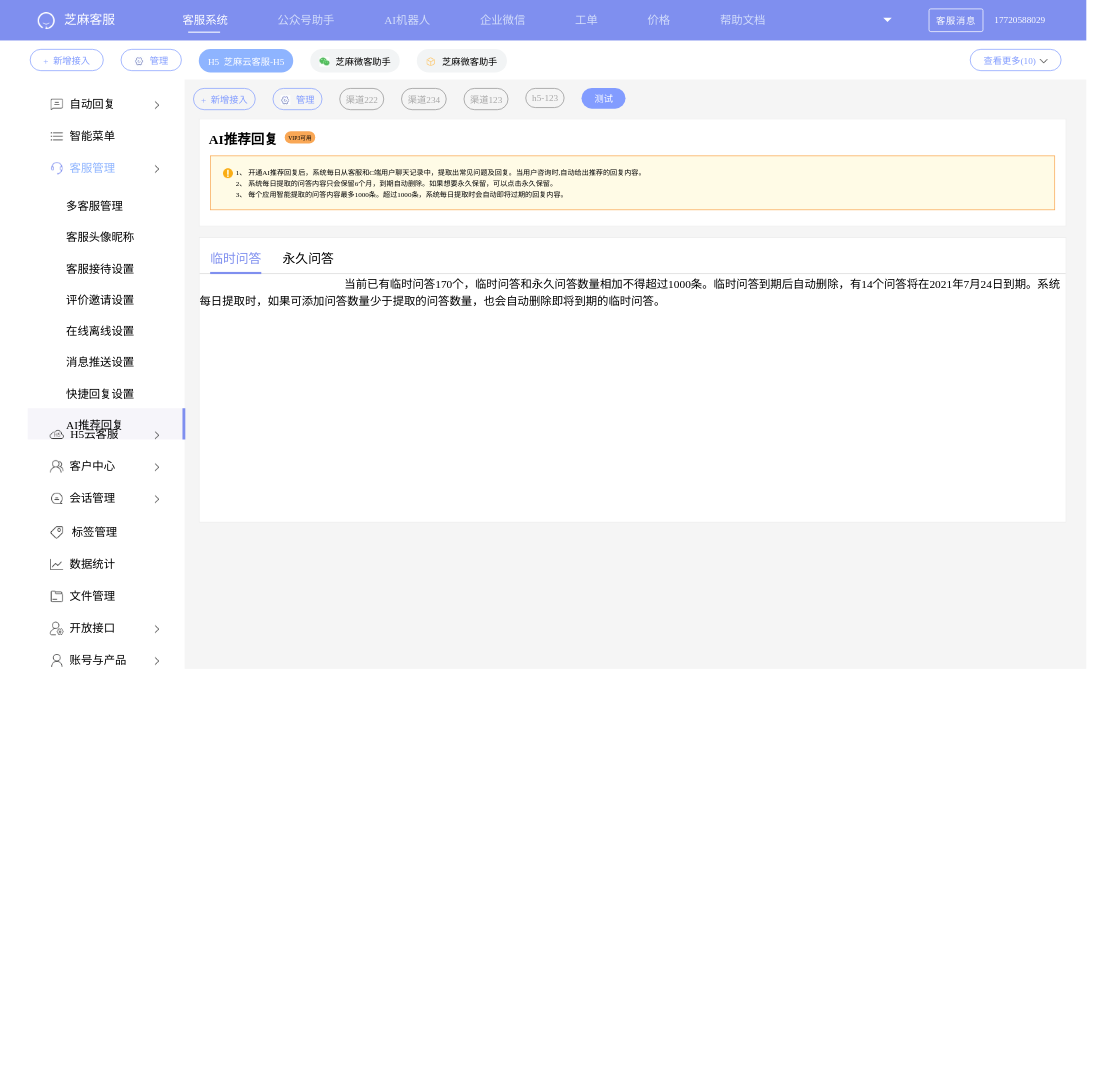
Repository: Privatexiao/projects
Page: Customer service assistant/Untitled-1.html
The author's editor kept a copy of each file at every save. The page is drawn from the files as they stood at one save, then again after the next save.
The browser window is 1280 px wide. The page is 1560 px wide, so the pictures cover 1560 px, including what lies to the right of the window. The pictures show the whole page, at 71% of full size.

Above is the page before, as saved 2021-07-27 17:01:22.

### Customer service assistant/Untitled-1.html
<!DOCTYPE html>
<html lang="en">
    <head>
        <meta charset="UTF-8">
        <meta name="viewport" content="width=device-width, initial-scale=1.0, maximum-scale=1.0, user-scalable=0">
        <meta http-equiv="X-UA-Compatible" content="ie=edge">
        <title>Document</title>
        <link rel="stylesheet" type="text/css" href="Untitled-2.css" />
    </head>

    <body>
        <div class="body">
            <div class="head">
                <div class="head_left">
                    <img src="img/客服系统.png">
                    <span><a href="javaScript:">芝麻客服</a></span>
                </div>
                <div class="head_center">
                    <ul>
                        <li class="active"><a href="javaScript:">客服系统</a><img src="img/下划线.png"></li>
                        <li><a href="javaScript:">公众号助手</a></li>
                        <li><a href="javaScript:">AI机器人</a></li>
                        <li><a href="javaScript:">企业微信</a></li>
                        <li><a href="javaScript:">工单</a></li>
                        <li><a href="javaScript:">价格</a></li>
                        <li><a href="javaScript:">帮助文档</a></li>
                    </ul>
                </div>
                <div class="head_right">
                    <span>17720588029<div class="head_right_sjx"></div></span>
                    <span><a href="javaScript:">客服消息</a></span>
                </div>
            </div>
            <div class="navbar">
                <ul>
                    <li class="navbar_img1"><a href="javaStript:">+&nbsp;&nbsp;新增接入</a></li>
                    <li class="navbar_img1"><a href="javaStript:"><img src="img/设置.PNG">管理</a></li>
                    <li class="navbar_img2"><a href="javaStript:">H5&nbsp;&nbsp;芝麻云客服-H5</a></li>
                    <li class="navbar_img3"><a href="javaStript:"><img src="img/微信.PNG">芝麻微客助手</a></li>
                    <li class="navbar_img3"><a href="javaStript:"><img src="img/plugin_app_icon.png">芝麻微客助手</a></li>
                    <li class="navbar_right"><a href="javaStript:">查看更多(10)<img src="img/侧边栏图标/Pull down.png"></a></li>
                </ul>
            </div>
            <div class="left_body">
                <ul>
                    <li><img class="left_body_imgleft" src="img/侧边栏图标/icon-1.png">自动回复<img class="left_body_imgright" src="img/侧边栏图标/Put It away.png"></li>
                    <li><img class="left_body_imgleft" src="img/侧边栏图标/icon-2.png">智能菜单</li>
                    <li style="color: #8eb4ff;"><img class="left_body_imgleft" src="img/侧边栏图标/icon-3-active.png">客服管理<img class="left_body_imgright" src="img/侧边栏图标/Put It away.png"></li>
                    <div class="left_body_show">
                        <ul>
                            <li>多客服管理</li>
                            <li>客服头像昵称</li>
                            <li>客服接待设置</li>
                            <li>评价邀请设置</li>
                            <li>在线离线设置</li>
                            <li>消息推送设置</li>
                            <li>快捷回复设置</li>
                            <li style=" background-color: #f6f5fa;
                            border-right: 4px solid#7f8fef;">AI推荐回复</li>
                        </ul>
                    </div>
                    <li><img class="left_body_imgleft" src="img/侧边栏图标/icon-4.png">H5云客服<img class="left_body_imgright" src="img/侧边栏图标/Put It away.png"></li>
                    <li><img class="left_body_imgleft" src="img/侧边栏图标/icon-5.png">客户中心<img class="left_body_imgright" src="img/侧边栏图标/Put It away.png"></li>
                    <li><img class="left_body_imgleft" src="img/侧边栏图标/icon-12.png">会话管理<img class="left_body_imgright" src="img/侧边栏图标/Put It away.png"></li>
                    <li><img class="left_body_imgleft" src="img/侧边栏图标/icon-6.png">标签管理</li>
                    <li><img class="left_body_imgleft" src="img/侧边栏图标/icon-7.png">数据统计</li>
                    <li><img class="left_body_imgleft" src="img/侧边栏图标/icon-8.png">文件管理</li>
                    <li><img class="left_body_imgleft" src="img/侧边栏图标/icon-9.png">开放接口<img class="left_body_imgright" src="img/侧边栏图标/Put It away.png"></li>
                    <li><img class="left_body_imgleft" src="img/侧边栏图标/icon-10.png">账号与产品<img class="left_body_imgright" src="img/侧边栏图标/Put It away.png"></li>

                </ul>
            </div>
            <div class="right_body">
                <div class="right_body_ztl">
                    <ul>
                        <li class="right_body_ztlimg"><a href="javaStript:">+&nbsp;&nbsp;新增接入</a></li>
                        <li class="right_body_ztlimg"><a href="javaStript:"><img src="img/设置.PNG">管理</a></li>
                        <li class="right_body_ztlimg1"><a href="javaStript:">渠道222</a></li>
                        <li class="right_body_ztlimg1"><a href="javaStript:">渠道234</a></li>
                        <li class="right_body_ztlimg1"><a href="javaStript:">渠道123</a></li>
                        <li class="right_body_ztlimg1"><a href="javaStript:">h5-123</a></li>
                        <li class="right_body_ztlimg2"><a href="javaStript:">测试</a></li>
                    </ul>
                </div>
                <div class="right_body_AI">
                    <div class="right_body_AIbt">
                        <p>AI推荐回复</p><span>VIP3可用</span>
                    </div>
                    <div class="right_body_AInr">
                        <img src="img/提示感叹号.png">
                        <p>1、 开通AI推荐回复后，系统每日从客服和C端用户聊天记录中，提取出常见问题及回复。当用户咨询时,自动给出推荐的回复内容。</p>
                        <p>2、 系统每日提取的问答内容只会保留6个月，到期自动删除。如果想要永久保留，可以点击永久保留。</p>
                        <p>3、 每个应用智能提取的问答内容最多1000条。超过1000条，系统每日提取时会自动即将过期的回复内容。</p>
                    </div>
                </div>

                <div class="right_body_body">
                    <div class="temporary">
                        <p><a href="javaStript:">临时问答</a></p><span><a href="javaSctipt:">永久问答</a></span>
                    </div>
                    <div class="temporary_warning">
                        <p>当前已有临时问答<span>170</span>个，临时问答和永久问答数量相加不得超过1000条。临时问答到期后自动删除，有<em>14</em>个问答将在<em>2021年7月24日</em>到期。系统每日提取时，如果可添加问答数量少于提取的问答数量，也会自动删除即将到期的临时问答。
                        </p>
                    </div>
                    <!-- <div class="btn">
                        <input type="text" name="" placeholder="请输入问答内容进行搜索">
                        <input type="datetime" name="" placeholder="请选择到期时间筛选">
                        <button type="button" name="" value="新增">新增</button>
                        <button type="button" name="" value="批量删除">批量删除</button>
                        <button type="button" name="" value="批量设为永久">批量设为永久</button>
                    </div> -->
                </div>
            </div>

        </div>
    </body>

</html>

### Customer service assistant/Untitled-2.css
/* 全局配置 */
a{
    color: rgb(34, 34, 34);
    text-decoration: none;
}
ul,ol{
    list-style: none;
}
em{
    font-style: normal;
}
*{
    margin: 0;
    padding: 0;
}
.body{
    min-width: 1530px;
    width: 1530px;
    height: 1500px;
}

/* 状态栏 */
.body .head{
    width: 100%;
    height: 57px;
    background-color: #7f8fef;
}
/* 芝麻客服 */
.head .head_left a{
    margin-right: 60px;
    line-height: 57px;
    font-size: 18px;
    float: left;
    color: white;
}
/* 芝麻客服图片 */
.head .head_left img{
    position: relative;
    top: 14px;
    left: -10px;
    float: left;
    margin-left:60px;

}
/* 客服系统 */
.head .head_center .active a{
    color: white;
}
/* 客服系统下划线 */
.head .head_center .active img{
    position: absolute;
    width: 45px;
    top: 22px;
    left: 265px;
}
/* 客服系统状态栏 */
.head .head_center a{
    color: #d2dcfa;
    font-size: 16px;
    float: left;
    line-height: 57px;
    margin: 0 35px;
}
.head .head_right{
    margin-right: 50px;
}

/* 账号数字 */
.head .head_right span,a{
    font-size: 15px;
    float: right;
    font-size: 13px;
    line-height: 57px;
    color: white;
    margin-right: 8px;
}

/* 客服消息 */
.head .head_right span a{
    letter-spacing: 1px;
    line-height: normal;
    font-size: 13px;
    margin-top: 12px;
    padding: 6px 9px;
    border-radius: 3px;
    border: 1px solid white;
}
/* 账号右边三角形 */
.head .head_right span .head_right_sjx{
    position:absolute;
    top: 25px;
    right: 24px;
    border: 6px solid transparent;
    border-bottom: none;
    border-top-color: rgb(255, 255, 255);
}
.head a:hover{
    color: white;
}

/* 二级状态栏 */
.navbar{
    height: 55px;
    width: 100%;
    float: left;
    margin-left: 30px;
}

.navbar ul a{
    line-height: normal;
    color: black;
    float: left;
    margin: 12px;
    border-radius: 30px;
}
.navbar ul .navbar_img1 a{
    padding: 5px 18px;
    color: #829cff;
    border: 1px solid #829cff;
}
.navbar ul .navbar_img2 a{
    padding: 7px 13px;
    background-color: #8eb4ff;
    color: white;
}
.navbar ul .navbar_img3 a{
    padding: 7px 13px;
    color: black;
    background-color: #f2f4f5;
}
.navbar ul .navbar_img1 img,.navbar_img3 img{
    width: 14px;
    height: 14px;
    position: relative;
    top: 3px;
    margin-right: 8px;
}
.navbar ul .navbar_right a{
    margin-right: 65px;
    float: right;
    padding: 5px 18px;
    color: #829cff;
    border: 1px solid #829cff;
}
.navbar ul .navbar_right img{
    margin-left: 5px;
}


/* 左边竖目录 */
.left_body{
    float: left;
    width: 175px;
    height: 1080px;
    background-color: #ffffff;
    position: relative;
}
.left_body ul li{
    margin: 20px 0;
    text-align: left;
    position: relative;
    left: 70px;
}
.left_body ul li .left_body_imgleft{
    position: relative;
    top: 5px;
    margin-right: 8px;
}
.left_body ul li .left_body_imgright{
    position: absolute;
    right: 20px;
    margin-top: 10px;
}
.left_body ul li:hover{
    color: #7f8fef;
    cursor: pointer;
}

.left_body .left_body_show{
    height: 310px;
}
.left_body .left_body_show li{
    margin: 0;
    padding: 10px 54px;
    position: relative;
    left: 39px;
    width: 110px;
}

.left_body .left_body_show li:hover{
    background-color: #f6f5fa;
    border-right: 4px solid#7f8fef;
}


/* 右边主体第一个标题栏 */
.body .right_body{
    height: 830px;
    width: 1270px;
    float: left;
    margin-left: 85px;
    background-color: #f5f5f5;
}
.right_body .right_body_ztl ul a{
    line-height: normal;
    color: black;
    float: left;
    margin: 12px;
    border-radius: 30px;
}
.right_body .right_body_ztl ul .right_body_ztlimg a{
    padding: 5px 10px;
    color: #829cff;
    border: 1px solid #829cff;
}
.right_body .right_body_ztl ul .right_body_ztlimg1 a{
    padding: 5px 8px;
    color: #a7a7a7;
    border: 1px solid #8f8f8f;
}
.right_body .right_body_ztl ul .right_body_ztlimg2 a{
    padding: 5px 18px;
    color: #ffffff;
    background-color: #829cff;
}
.right_body .right_body_ztl ul .right_body_ztlimg img{
    width: 14px;
    height: 14px;
    position: relative;
    top: 3px;
    margin-right: 8px;
}

/* AI推荐回复 */
.right_body .right_body_AI{
    height: 150px;
    width: 1220px;
    float: left;
    margin-left: 20px;
    background-color: #ffffff;
    position: relative;
    border: 1px solid#ebebeb;
}
.right_body .right_body_AI .right_body_AIbt{
    width: 200px;
    height: 50px;
    position: relative;
}
.right_body .right_body_AI .right_body_AIbt>p{
    font-weight: bold;
    color: black;
    float: left;
    font-size: 19px;
    padding: 5px;
    margin: 8px;
}
.right_body .right_body_AI .right_body_AIbt span{
    border-radius: 30px;
    background-color: #f9a755;
    padding: 3px 5px;
    float: left;
    font-size: 8px;
    position:absolute;
    top: 17px;
    left: 120px;
}
.right_body .right_body_AI .right_body_AInr img{
    position: absolute;
    top: 66px;
    left: 30px;
}
.right_body .right_body_AI .right_body_AInr{
    padding: 15px 35px;
    margin: 1px 15px;
    font-size: 10px;
    background-color: #fffbe6;
    border: 1px solid #f9a755;
}


/* 临时问答 */
.right_body_body{
    height: 400px;
    width: 1220px;
    float: left;
    margin-top: 15px;
    margin-left: 20px;
    background-color: #ffffff;
    border: 1px solid#ebebeb;
}
.right_body_body .temporary{
    height: 50px;
    border-bottom: 1px solid#d8d8d8;
}
.right_body_body .temporary a{
    float: left;
    color: black;
    font-size: 18px;
    margin: 15px;
    line-height: normal;
}
/* 控制临时问答的颜色 */
.right_body_body .temporary p> a{
    color: #7f8fef;
    height: 33px;
    border-bottom: 3px solid #7f8fef;
}
/* 控制临时问答和永久问答的鼠标切换颜色 */
.right_body_body .temporary a:hover{
    color: #7f8fef;
    height: 33px;
    border-bottom: 3px solid #7f8fef;
}

.right_body_body .temporary_warning{
    background-color: #;
    width: ;
    height: ;
}

After the next save:
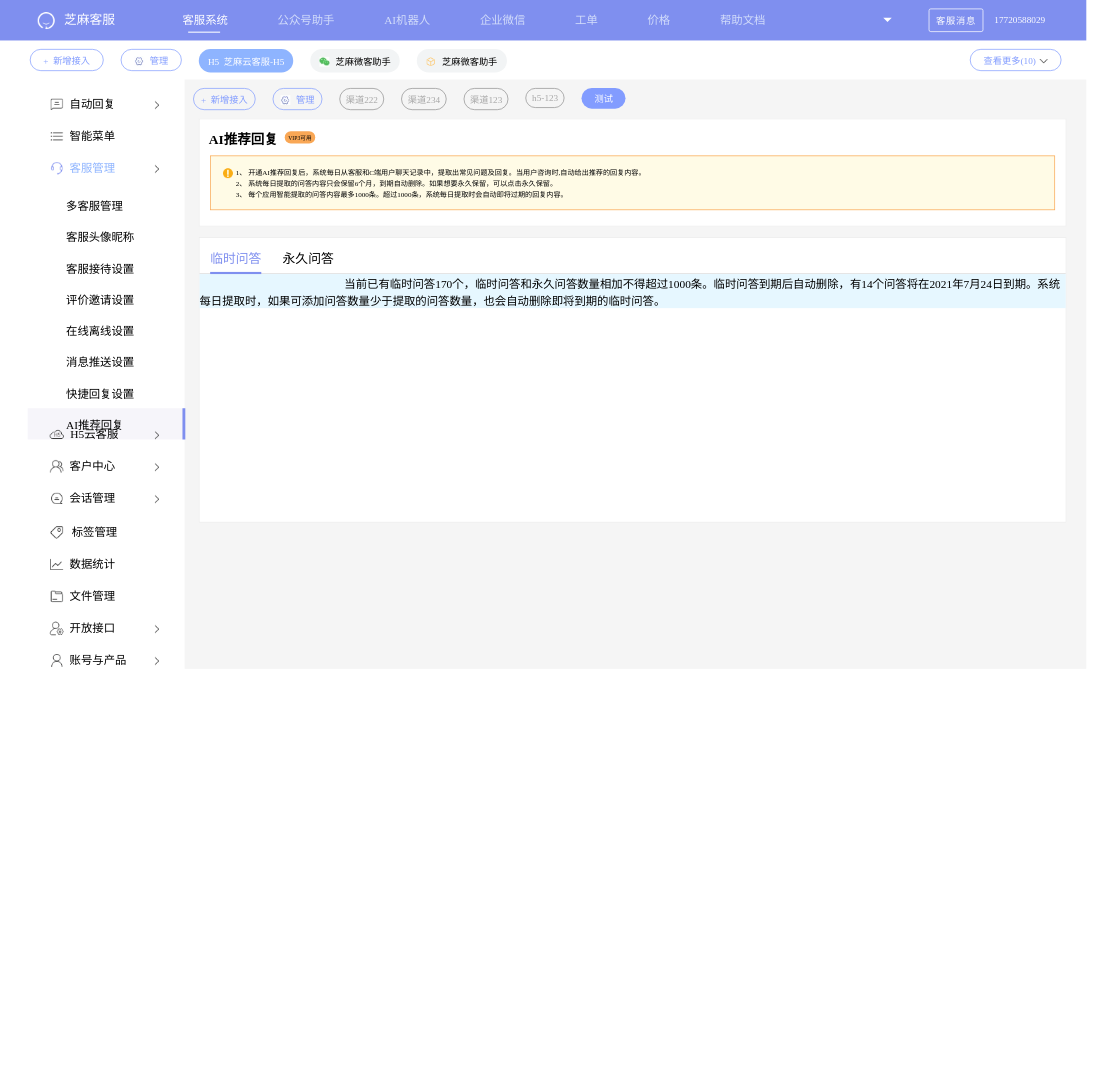
Saved 8 s later.
--- a/Customer service assistant/Untitled-2.css
+++ b/Customer service assistant/Untitled-2.css
@@ -313,7 +313,7 @@ em{
 }
 
 .right_body_body .temporary_warning{
-    background-color: #;
+    background-color: #e6f7ff;
     width: ;
     height: ;
 }
